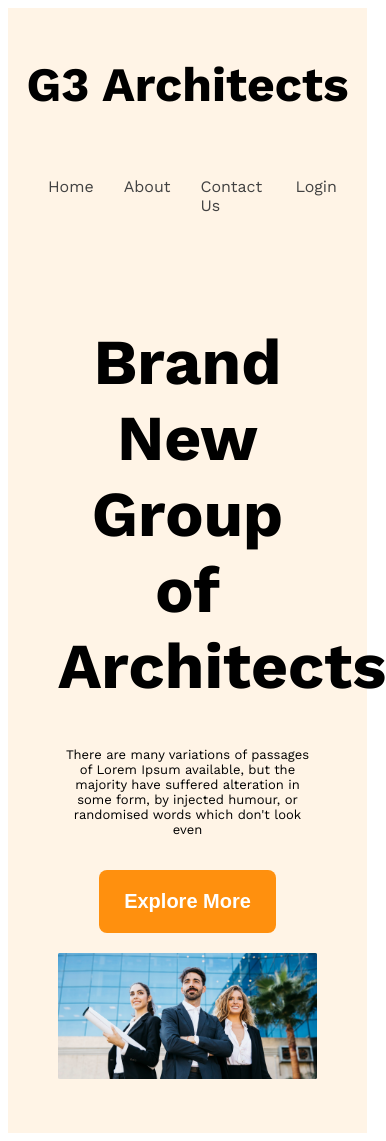
Repository: dollyrakhe22/g3-architects-website
Page: index.html
An editor plug-in stored every save of this project. The page is shown before and after the next save, followed by the edit.
The browser window is 375 px wide. The page is 386 px wide, so the pictures cover 386 px, including what lies to the right of the window. The pictures show the whole page.

Above is the page before, as saved 2025-07-20 17:40:09.

After the next save:
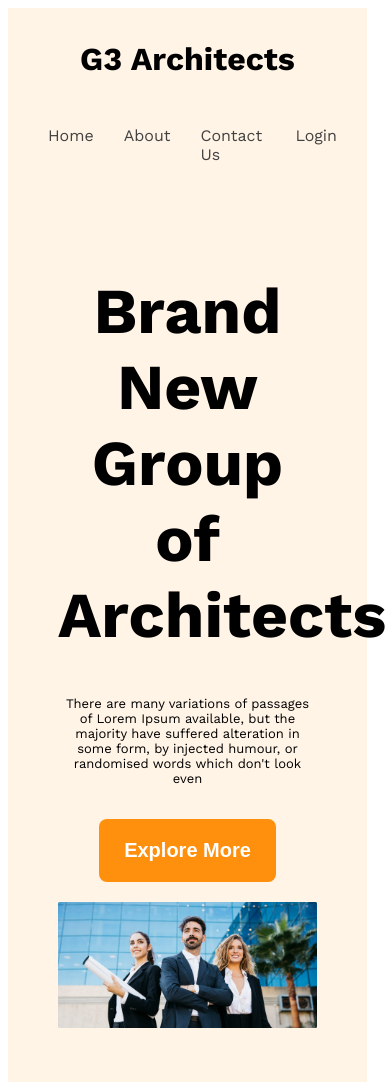
Saved 13 min 30 s later.
--- a/style.css
+++ b/style.css
@@ -92,4 +92,8 @@
   .navbar, .nav-link{
     flex-direction: column;
   }
+  .brand{
+     font-weight: 700;
+      font-size: 2rem;
+  }
 }

After the save that followed:
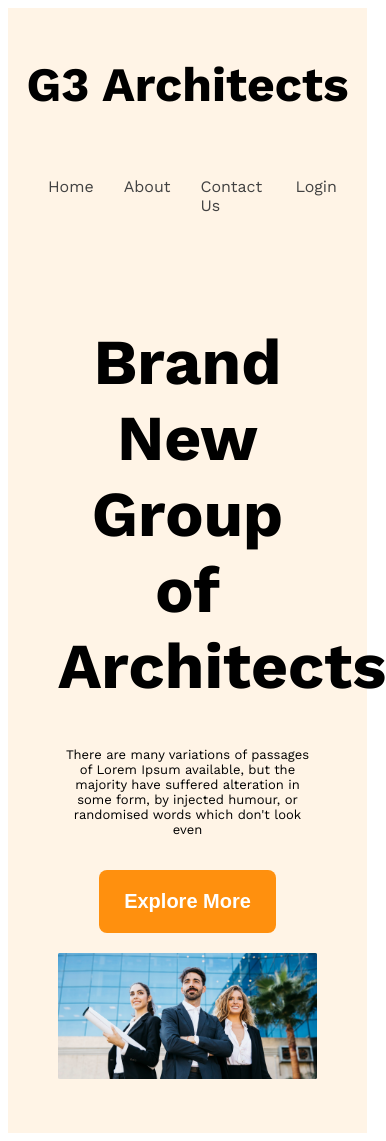
Saved 53 s later.
--- a/style.css
+++ b/style.css
@@ -92,8 +92,5 @@
   .navbar, .nav-link{
     flex-direction: column;
   }
-  .brand{
-     font-weight: 700;
-      font-size: 2rem;
-  }
+
 }
